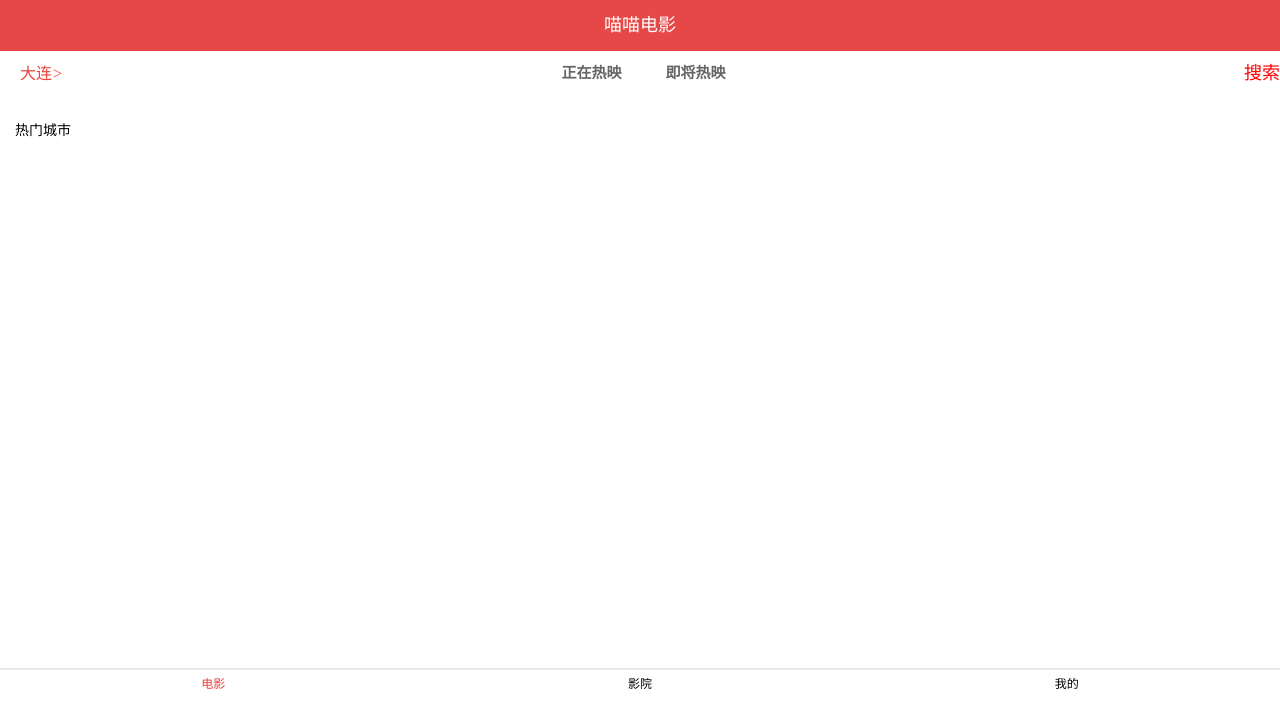
Repository: X-J-0/miaomiao_film
Page: /movie/city (app in miaomiao/)
The author's editor kept a copy of each file at every save. The page is drawn from the files as they stood at one save, then again after the next save.
The browser window is 1280 px wide. The pictures show the whole page.
The page's requests for data from a server got no answer. The project was rebuilt for these pictures with package versions that can differ from the ones it lists, and the page was loaded fresh each time. No one was signed in, and anything a server would have sent is missing. Also part of the build but not shown: miaomiao/vue.config.js. Imported but missing from the stored project, and not drawn on this page: miaomiao/src/components/Brand, miaomiao/src/components/Special.

Above is the page before, as saved 2020-03-26 13:04:47.

### miaomiao/public/index.html
<!DOCTYPE html>
<html lang="en">
  <head>
    <meta charset="utf-8">
    <meta http-equiv="X-UA-Compatible" content="IE=edge">
    <meta name="viewport" content="width=device-width,initial-scale=1.0,user-scalable=no">
    <link rel="icon" href="<%= BASE_URL %>favicon.ico">
    <link rel="stylesheet" href="<%= BASE_URL %>css/common.css">
    <!-- <link rel="stylesheet" href="<%= BASE_URL %>css/common.css"> -->
    <title><%= htmlWebpackPlugin.options.title %></title>
  </head>
  <body>
    <noscript>
      <strong>We're sorry but <%= htmlWebpackPlugin.options.title %> doesn't work properly without JavaScript enabled. Please enable it to continue.</strong>
    </noscript>
    <div id="app"></div>
    <!-- built files will be auto injected -->
  </body>
</html>

### miaomiao/src/main.js
import Vue from 'vue'
import App from './App.vue'
import router from './router'
import store from './store'
import axios from 'axios'
Vue.prototype.axios = axios;

Vue.config.productionTip = false

new Vue({
  router,
  store,
  render: h => h(App)
}).$mount('#app')

### miaomiao/src/App.vue
<template>
    <keep-alive>
        <router-view/>
    </keep-alive>
</template>

<style lang="scss">
</style>

### miaomiao/src/router/index.js
import Vue from 'vue'
import VueRouter from 'vue-router'
import movieRouter from './movie'
import mineRouter from './mine'
import cinemaRouter from './cinema'

Vue.use(VueRouter)


const router = new VueRouter({
  mode: 'history',
  base: process.env.BASE_URL,
  routes: [
    movieRouter,
    mineRouter,
    cinemaRouter,
    {
      path:'/*',
      redirect:'/movie'
    }
  ]
})

export default router

### miaomiao/src/router/movie/index.js
export default {
    path:'/movie',
    component : () => import('@/views/Movie'),
    children:[
        {
            path:'city',
            component:()=>import('@/components/City')
        },
        {
            path:'nowPlaying',
            component:()=>import('@/components/NowPlaying')
        },
        {
            path:'comingSoon',
            component:()=>import('@/components/ComingSoon')
        },
        {
            path:'search',
            component:()=>import('@/components/Search')
        },
        {
            path:'/movie',
            redirect:'/movie/nowPlaying'
        }
    ]
}

### miaomiao/src/router/mine/index.js
export default {
    path:'/mine',
    component : () => import('@/views/Mine'),
    children:[
        {
            path:'center',
            component:()=>import('@/views/Mine/center.vue')
        },
        {
            path:'login',
            component:()=>import('@/components/Login')
        },
        {
            path:'register',
            component:()=>import('@/components/Register')
        },
        {
            path:'findPassword',
            component:()=>import('@/components/FindPassword')
        },
        {
            path:'/mine',
            redirect:'center'
        }
    ]
}

### miaomiao/src/router/cinema/index.js
export default {
    path:'/cinema',
    component : () => import('@/views/Cinema'),
    children:[
        {
            path:'allocate',
            component:()=>import('@/components/Allocate')
        },
        {
            path:'brand',
            component:()=>import('@/components/Brand')
        },
        {
            path:'special',
            component:()=>import('@/components/Special')
        },
        {
            path:'/cinema',
            redirect:'/cinema/allocate'
        }
    ]
}

### miaomiao/src/views/Movie/index.vue
<template>
    <div id="main">
        <Header title="喵喵电影"/>
        <div id="content">
          <div class="movie_menu">
          <router-link tag="div" to="/movie/city" class="city_name">
            <span>大连</span><i>></i>
          </router-link>
          <div class="hot_switch">
            <router-link tag="div" to="/movie/nowPlaying" class="hot_item">正在热映</router-link>
            <router-link tag="div" to="/movie/comingSoon" class="hot_item">即将热映</router-link>
          </div>
          <div class="search_entry">
            <router-link tag="div" to="/movie/search">搜索</router-link>
          </div>
          </div>
            <router-view/>
        </div>
        <TabBar />
    </div>
</template>

<script>

import Header from '@/components/Header';
import TabBar from '@/components/TabBar';

export default {
  name:'Movie',
  components : {
    Header,
    TabBar
  },
  data(){
   return {

   }
  }
}
</script>

<style scoped>
  #content{flex:1;overflow:auto;margin-bottom:50px;position: relative;display:flex;flex-direction: column;}
  #content .movie_menu{width:100%;height:45px;border-bottom:1px solid #e6e6e6;display: flex;justify-content: space-between;}
  .movie_menu .city_name{margin-left:20px;height:100%;line-height:45px;}
  .movie_menu .city_name.active{color:#ef4238;border-bottom:2px #ef4238 solid;}
  .movie_menu .city_name.router-link-active{color:#ef4238;border-bottom:2px #ef4238 solid;}
  .movie_menu .hot_switch{display:flex;height:100%; line-height: 45px;}
  .movie_menu .hot_item{font-size:15px; color:#666;width:80px;text-align: center;margin:0 12px;font-weight: 700;}
  .movie_menu .hot_item.active{color:#ef4238;border-bottom:2px #ef4238 solid;}
  .movie_menu .hot_item.router-link-active{color:#ef4238;border-bottom:2px #ef4238 solid;}
  .movie_menu .search_entry{margin-left:20px;height:100%;line-height:45px;}
  .movie_menu .search_entry.active{color:#ef4238;border-bottom:2px #ef4238 solid;}
  .movie_menu .search_entry.router-link-active{color:#ef4238;border-bottom:2px #ef4238 solid;}
  .movie_menu .search_entry div{font-size:18px;color:red;}
</style>

### miaomiao/src/components/City/index.vue
<template>
  <div class="city_body">
    <!-- <div class="city_list">
      <div class="city_hot">
        <h2>热门城市</h2>
        <ul class="clearfix">
          <li>上海</li>
        </ul>
      </div>
      <div class="city_sort">
        <div>
          <h2>A</h2>
          <ul>
            <li>阿拉善盟</li>
            <li>鞍山</li>
            <li>安庆</li>
            <li>安阳</li>
          </ul>
        </div>
      </div>
    </div>
    <div class="city_index">
      <ul>
        <li>A</li>
        <li>B</li>
        <li>C</li>
        <li>D</li>
        <li>E</li>
      </ul>
    </div> -->
    <div class="city_list">
        <div class="city_hot">
        <h2>热门城市</h2>
        <ul class="clearfix">
          <li v-for="item in hotList" :key="item.id">{{item.nm}}</li>
        </ul>
      </div>
      <div class="city_sort">
        <div v-for="item in cityList" :key="item.index">
          <h2>{{item.index}}</h2>
          <ul>
            <li v-for="itemList in item.list" :key="itemList.id">{{itemList.nm}}</li>
          </ul>
        </div>
      </div>
    </div>
  </div>
</template>

<script>
export default {
  name:'City',
  data(){
    return {
      cityList:[],
      hotList:[]
    }
  },
  mounted () {
    this.axios.get('/api/cityList').then((res) => {
      var msg = res.data.msg;
      if(msg == 'ok') {
        var cities = res.data.data.cities;
        var {cityList,hotList} = this.formatCityList(cities);
        this.cityList = cityList;
        this.hotList = hotList;
      }
    })
  },
  methods:{
    formatCityList(cities){
      var cityList = [];
      var hotList = [];
      for(var i = 0;i<cities.length;i++){
        if(cities[i].isHot === 1){
          hotList.push(cities[i]);
        }
      }
      for(var i = 0;i<cities.length;i++){
        var firstLetter = cities[i].py.substring(0,1).toUpperCase();
        if(toCom(firstLetter)){  //新添加index
          cityList.push({index:firstLetter,list:[{nm:cities[i].nm,id:cities[i].id}]});
        }
        else{  //累加到已有index中
          for(var j = 0;j<cityList.length;j++){
            if(cityList[j].index === firstLetter){
              cityList[j].list.push({nm:cities[i].nm,id:cities[i].id});
            }
          }
        }
      }
      cityList.sort((n1,n2)=>{
        if(n1.index>n2.index){
          return 1;
        }
        else if(n1.index<n2.index){
          return -1;
        }
        else{
          return 0;
        }
      });
      function toCom(firstLetter){
        for(var i = 0;i<cityList.length;i++){
          if(cityList[i].index == firstLetter){
            return false;
          }
        }
        return true;
      }
      return {
        cityList,
        hotList
      }
    }
  }
}
</script>

<style scoped>
#content .city_body{margin-top:45px;display:flex;width:100%;position:absolute;top:0;bottom:0;}
.city_body .city_list{flex:1;overflow:auto;background-color: #fff;}
.city_body .city_list::webkit_scrollbar{
  background-color: transparent;
  width:0;
}
.city_body .city_hot{margin-top:20px;}
.city_body .city_hot h2{padding-left:15px;line-height: 30px;font-size:14px;background-color: #fff;font-weight: normal;}
/* .city_body .city_hot ul{} */
.city_body .city_hot ul li{float:left;background-color: #fff;width:29%;height:33px;margin-top:15px;margin-left:3%;padding:0 4px;border:1px solid #e6e6e6}
/* .city_body .city_sort{} */
.city_body .city_sort div{margin-top:20px;}
.city_body .city_sort h2{padding-left:15px;line-height: 30px;font-size:14px;background-color: #fff;font-weight: normal;}
.city_body .city_sort ul{padding-left:10px;margin-top:10px;}
.city_body .city_sort ul li{line-height: 30px;line-height: 30px;}
.city_body .city_index{width:20px;display:flex;flex-direction: column;justify-content: center;text-align: center;border-left:1px #e6e6e6 solid}
</style>

### miaomiao/src/components/Header/index.vue
<template>
    <header id="header">
        <h1>{{title}}</h1>
    </header>
</template>

<script>
export default {
  name:'Header',
  props:{
      title:{
          type:String,
          default:'喵喵电影'
      }
  }
}
</script>

<style scoped>
#header{width:100%;height:50px;color:#fff;background-color: #e54847;border-bottom:1px solid #e54847;position: relative;}
#header h1{font-size:18px;text-align: center;line-height: 50px; font-weight: normal;}
#header i{position:absolute;left:5px;top:50%;margin-top:-13px;font-size:26px;}
</style>

### miaomiao/src/components/TabBar/index.vue
<template>
    <footer id="footer">
        <ul>
            <router-link tag="li" to="/movie">
                <!-- <i class="iconfont icon-dianying"></i> -->
                <p>电影</p>
            </router-link>
            <router-link tag="li" to="/cinema">
                <!-- <i class="iconfont icon-yingyuan"></i> -->
                <p>影院</p>
            </router-link>
            <router-link tag="li" to="/mine">
                <!-- <i class="iconfont icon-dianying"></i> -->
                <p>我的</p>
            </router-link>
        </ul>
    </footer>
</template>

<script>
export default {
  name:'Footer',
  data(){
   return {

   }
  }
}
</script>

<style scoped>
#footer{width:100%; height:50px;background-color: #fff;border-top:2px #ebe8e3 solid;position:fixed;left:0;bottom:0;}
#footer ul{display:flex;text-align: center;height:50px;align-items:center;}
#footer ul li{flex:1;height:40px;}
#footer ul li.active{color:#f03d37;}
#footer ul li.router-link-active{color:#f03d37;}
#footer ul i{font-size:20px;}
#footer ul p{font-size:12px;line-height:18px;}
</style>

### miaomiao/public/css/common.css
*{ margin : 0; padding : 0;}
ul,li{ list-style: none}
img{ display: block}
html, body{ height:100%}
.clearfix:after{ content:""; display:block; clear:both}
#main{ height: 100%; display: flex; flex-direction: column;}
#content{ flex:1; overflow:auto; margin-bottom: 50px;position: relative;display: flex;flex-direction: column;}

Loaded but not shown: miaomiao/src/store/index.js (common file)

After the next save:
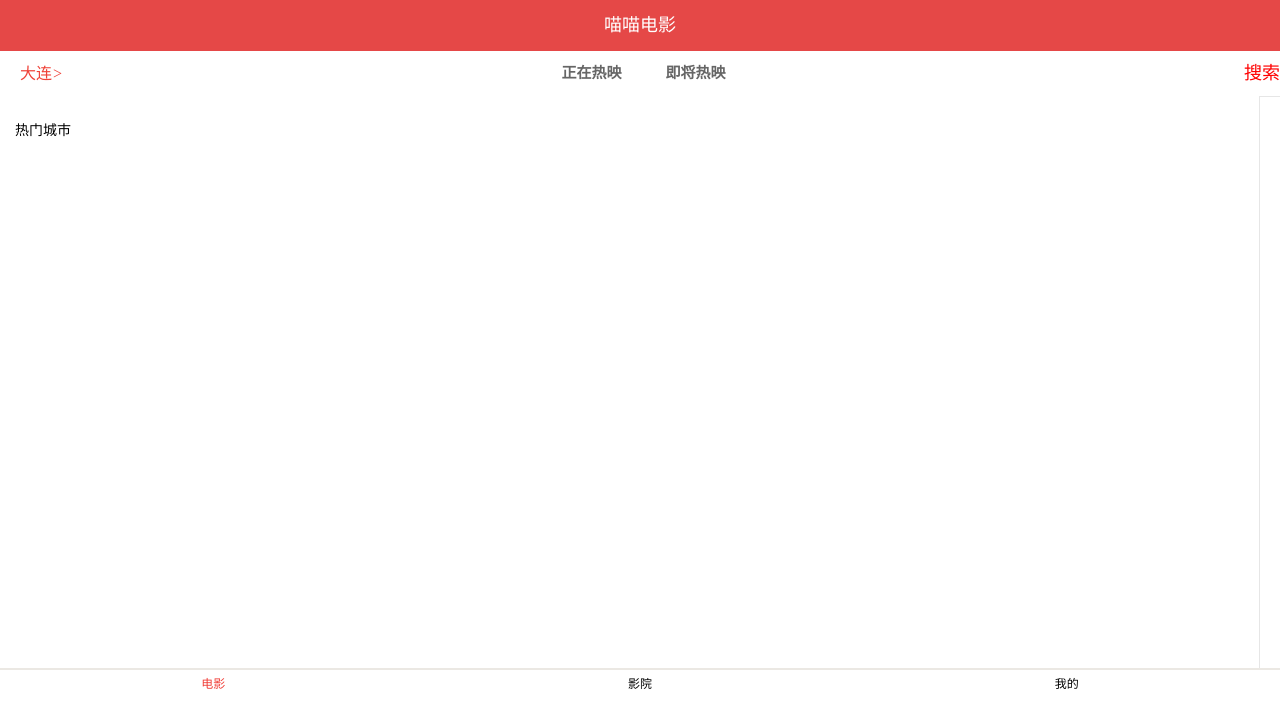
Saved 92 s later.
--- a/miaomiao/src/components/City/index.vue
+++ b/miaomiao/src/components/City/index.vue
@@ -43,6 +43,11 @@
           </ul>
         </div>
       </div>
+    </div>
+    <div class="city_index">
+      <ul>
+        <li v-for="item in cityList" :key="item.index">{{item.index}}</li>
+      </ul>
     </div>
   </div>
 </template>
